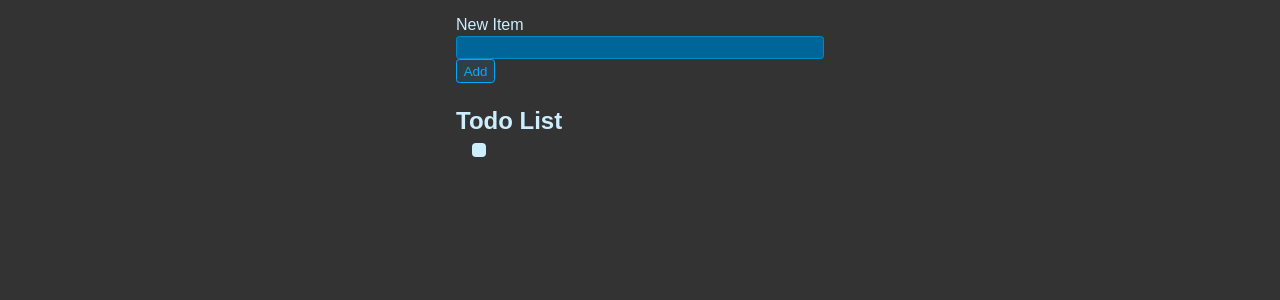
Repository: lvcg/react-todo-list-app
Page: /
An editor plug-in stored every save of this project. The page is shown before and after the next save, followed by the edit.
The browser window is 1280 px wide. The pictures show the whole page.
The project was rebuilt for these pictures with package versions that can differ from the ones it lists, and the page was loaded fresh each time. Also part of the build but not shown: vite.config.js.

Above is the page before, as saved 2024-02-23 13:27:49.

After the next save:
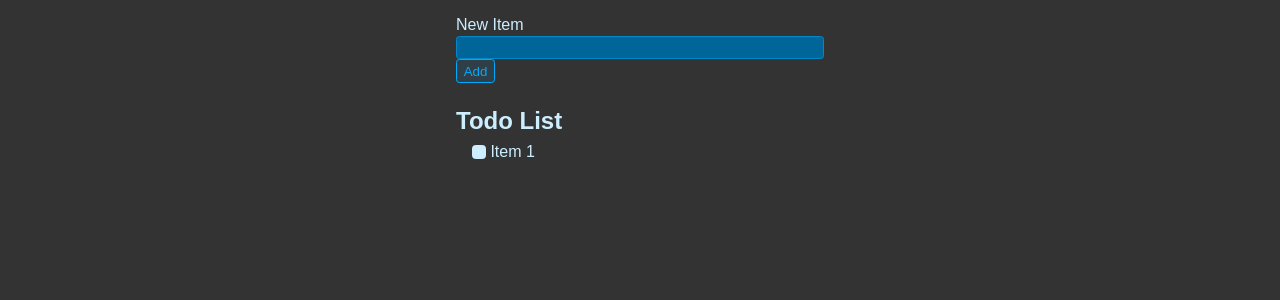
Saved 6 s later.
--- a/src/App.jsx
+++ b/src/App.jsx
@@ -15,7 +15,7 @@ export default function App () {
       <li>
         <label>
           <input type="checkbox" />
-
+          Item 1
         </label>
       </li>
     </ul>
